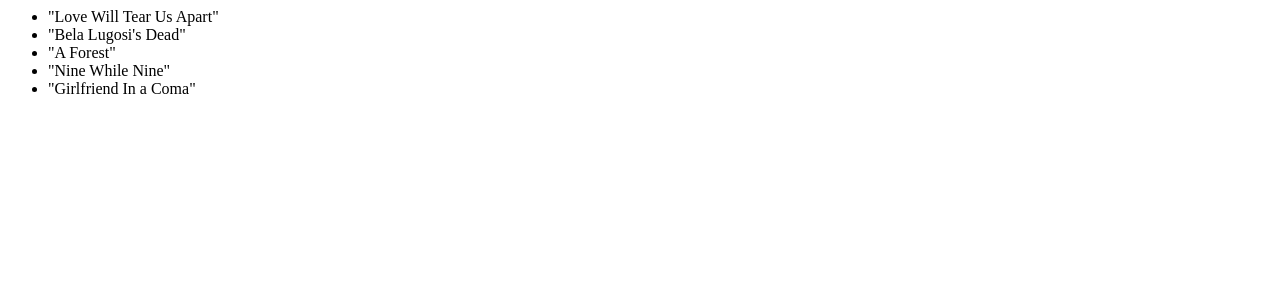
Repository: MoffatMuga/trial
Page: my_list.html
The author's editor kept a copy of each file at every save. The page is drawn from the files as they stood at one save, then again after the next save.
The browser window is 1280 px wide. The pictures show the whole page.

Above is the page before, as saved 2023-03-14 07:37:43.

After the next save:
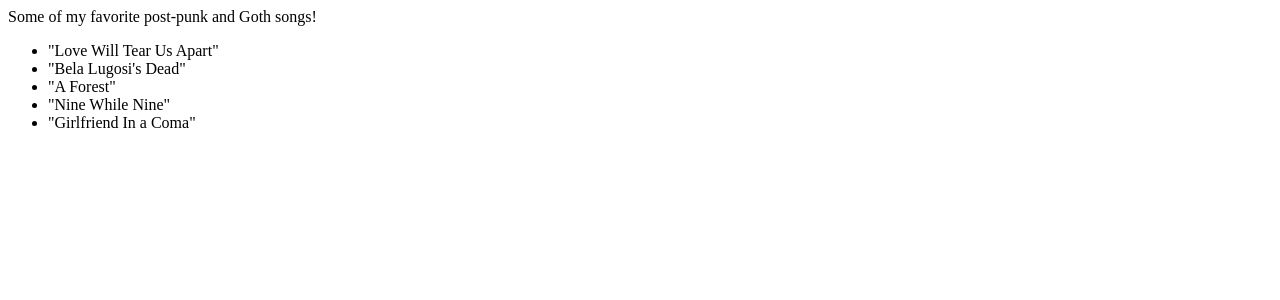
Saved 77 s later.
--- a/my_list.html
+++ b/my_list.html
@@ -1,3 +1,4 @@
+<p>Some of my favorite post-punk and Goth songs!</p>
 <ul>
     <li>"Love Will Tear Us Apart"</li>
     <li>"Bela Lugosi's Dead"</li>
